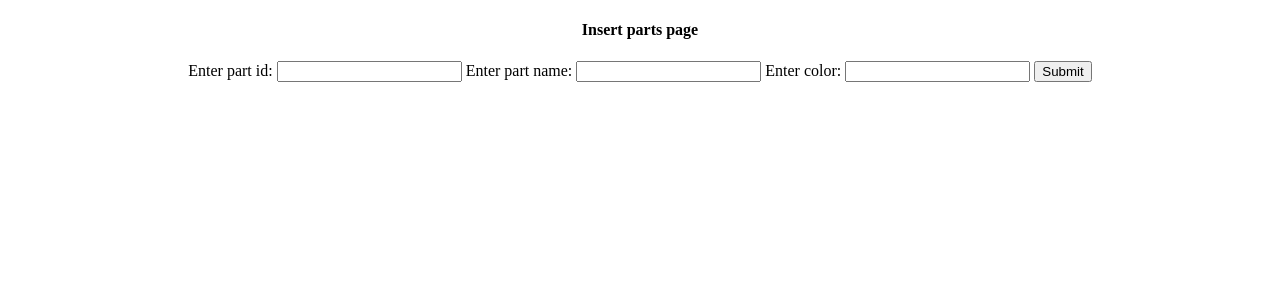
Repository: sowmini-nats/git-spring-project
Page: eclipse-workspace-servlet/PartEntry/src/main/webapp/InsertPart.html
These files come from the project's save history. The page is drawn as it stood at one moment and after the next save; the edit follows.
The browser window is 1280 px wide. The pictures show the whole page.

Above is the page before, as saved 2023-10-16 05:23:58.

### eclipse-workspace-servlet/PartEntry/src/main/webapp/InsertPart.html
<!DOCTYPE html>
<html>
<head>
<meta charset="ISO-8859-1">
<title>InsertPage</title>
</head>
<body>
	<center>
	<h4>Insert parts page</h4>
	<form action="InsertServlet" method="post">
		Enter part id: <input name="pid" type="text" />
		Enter part name: <input name="pname" type="text"/>
		Enter color: <input name="color" type="text"/>
		<input type="submit" value="Submit"/>
	</form>
	</center>
</body>
</html>

After the next save:
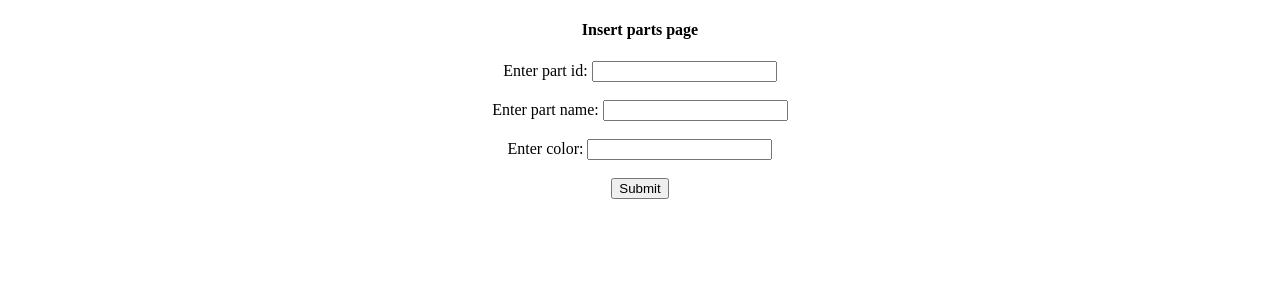
Saved 2 min 41 s later.
--- a/eclipse-workspace-servlet/PartEntry/src/main/webapp/InsertPart.html
+++ b/eclipse-workspace-servlet/PartEntry/src/main/webapp/InsertPart.html
@@ -8,10 +8,10 @@
 	<center>
 	<h4>Insert parts page</h4>
 	<form action="InsertServlet" method="post">
-		Enter part id: <input name="pid" type="text" />
-		Enter part name: <input name="pname" type="text"/>
-		Enter color: <input name="color" type="text"/>
-		<input type="submit" value="Submit"/>
+		Enter part id: <input name="pid" type="text" /><br/><br/>
+		Enter part name: <input name="pname" type="text"/><br/><br/>
+		Enter color: <input name="color" type="text"/><br/><br/>
+		<input type="submit" value="Submit"/><br/>
 	</form>
 	</center>
 </body>
